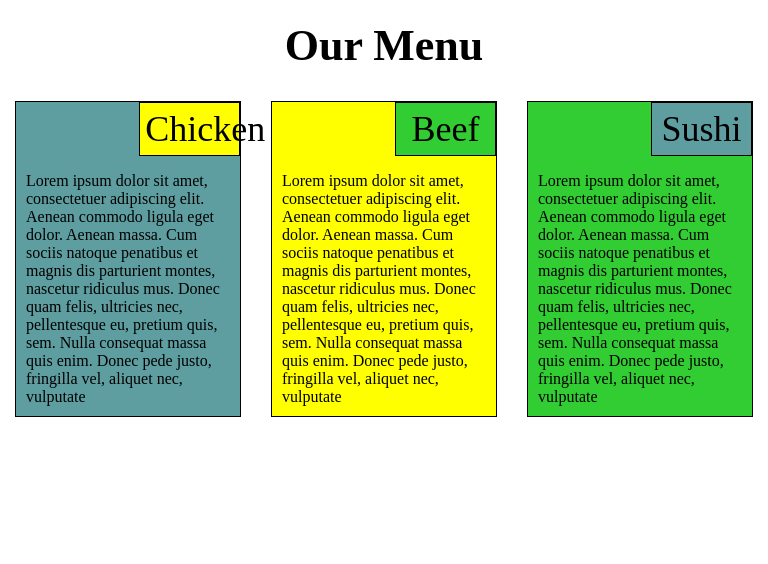
Repository: Normandy72/module2-solution
Page: index.html
These files come from the project's save history. The page is drawn as it stood at one moment and after the next save; the edit follows.
The browser window is 768 px wide. The pictures show the whole page.
Some web fonts or font styles are not loaded; a fallback is used.

Above is the page before, as saved 2022-12-05 15:22:19.

### index.html
<!DOCTYPE html>
<html lang="en">
<head>
    <meta charset="UTF-8">
    <meta http-equiv="X-UA-Compatible" content="IE=edge">
    <meta name="viewport" content="width=device-width, initial-scale=1.0">
    <title>Our menu</title>
    <link href="https://fonts.googleapis.com/css2?family=Comic+Neue:ital,wght@0,300;0,400;0,700;1,300;1,400;1,700&family=Roboto:ital,wght@0,100;0,300;0,400;0,500;0,700;0,900;1,100;1,300;1,400;1,500;1,700;1,900&display=swap" rel="stylesheet">
    <link rel="stylesheet" href="styles/style.css">
</head>
<body>
    <h1>Our Menu</h1>
    <div class="wrapper">
        <div class="card">
            <div class="card__name">Chicken</div>
            <p class="card__text">Lorem ipsum dolor sit amet, consectetuer adipiscing elit. Aenean commodo ligula eget dolor. Aenean massa. Cum sociis natoque penatibus et magnis dis parturient montes, nascetur ridiculus mus. Donec quam felis, ultricies nec, pellentesque eu, pretium quis, sem. Nulla consequat massa quis enim. Donec pede justo, fringilla vel, aliquet nec, vulputate</p>
        </div>
        <div class="card">
            <div class="card__name">Beef</div>
            <p class="card__text">Lorem ipsum dolor sit amet, consectetuer adipiscing elit. Aenean commodo ligula eget dolor. Aenean massa. Cum sociis natoque penatibus et magnis dis parturient montes, nascetur ridiculus mus. Donec quam felis, ultricies nec, pellentesque eu, pretium quis, sem. Nulla consequat massa quis enim. Donec pede justo, fringilla vel, aliquet nec, vulputate</p>
        </div>
        <div class="card">
            <div class="card__name">Sushi</div>
            <p class="card__text">Lorem ipsum dolor sit amet, consectetuer adipiscing elit. Aenean commodo ligula eget dolor. Aenean massa. Cum sociis natoque penatibus et magnis dis parturient montes, nascetur ridiculus mus. Donec quam felis, ultricies nec, pellentesque eu, pretium quis, sem. Nulla consequat massa quis enim. Donec pede justo, fringilla vel, aliquet nec, vulputate</p>
        </div>
    </div>
</body>
</html>

### styles/style.css
*{
    font-family: 'Comic Neue', cursive;
    font-size: 10px;

    margin: 0;
    padding: 0;
    box-sizing: border-box;
}

h1{
    font-size: 4.4rem;
    text-align: center;

    padding-top: 20px;
    padding-bottom: 30px;
}

.wrapper{
    display: flex;
    justify-content: space-evenly;
}

.card{
    width: 30%;
    margin: 0 15px 30px;
    position: relative;
    border: 1px solid black;
}

.card__name{
    border: 1px solid black;
    font-size: 3.6rem;
    padding: 5px;
    text-align: center;
    width: 45%;
    position: absolute;
    top: 0;
    right: 0;
}

.card__text{
    font-size: 1.6rem;
    padding: 70px 10px 10px;
}

.card:nth-child(1){
    background-color: cadetblue;
}

.card:nth-child(2){
    background-color: yellow;
}

.card:nth-child(3){
    background-color: limegreen;
}

.card:nth-child(1) .card__name{
    background-color: yellow;
}

.card:nth-child(2) .card__name{
    background-color: limegreen;
}

.card:nth-child(3) .card__name{
    background-color: cadetblue;
}

@media screen and (min-width: 768px) and (max-width: 991px) {

}

After the next save:
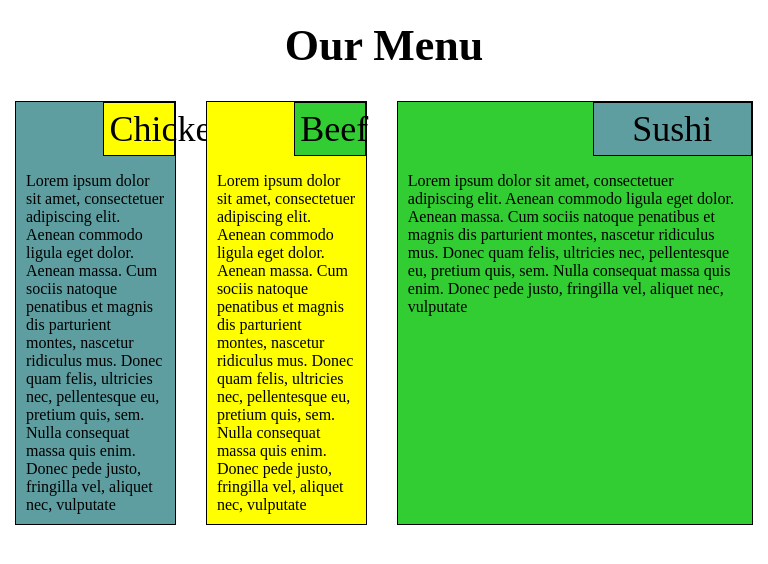
Saved 43 s later.
--- a/styles/style.css
+++ b/styles/style.css
@@ -68,5 +68,11 @@ h1{
 }
 
 @media screen and (min-width: 768px) and (max-width: 991px) {
+    .card:nth-child(1), .card:nth-child(2){
+        width: 45%;
+    }
 
+    .card:nth-child(3){
+        width: 100%;
+    }
 }
